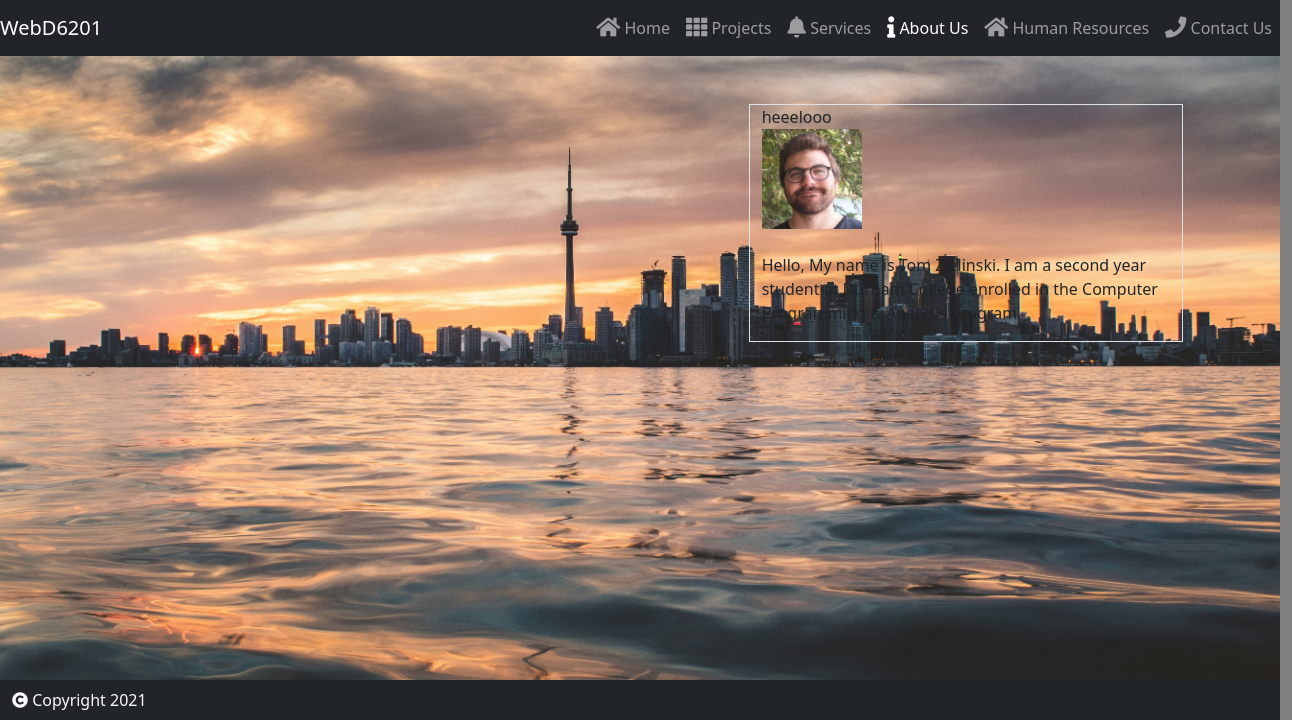
Repository: Tomelinski/Webd6201-Lab02
Page: about.html
An editor plug-in stored every save of this project. The page is shown before and after the next save, followed by the edit.
The browser window is 1280 px wide. The page is 1292 px wide, so the pictures cover 1292 px, including what lies to the right of the window. The pictures show the whole page.

Above is the page before, as saved 2021-02-05 17:34:42.

After the next save:
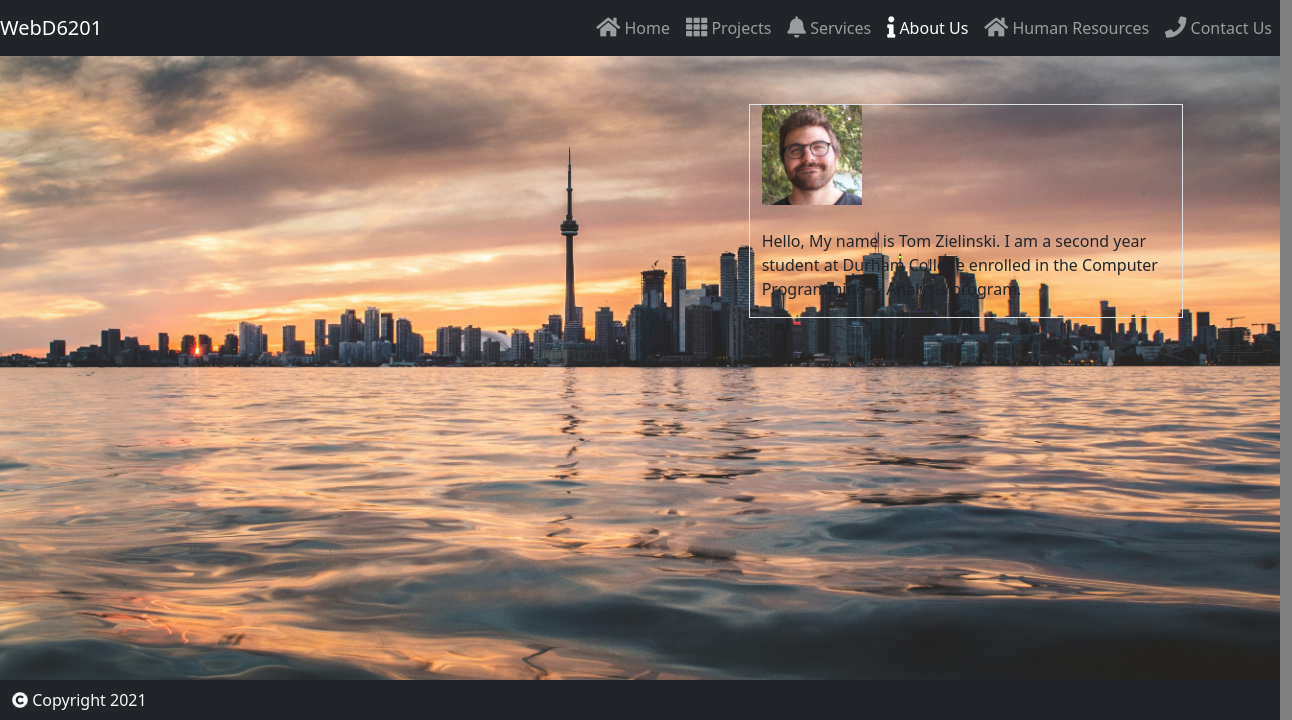
Saved 18 s later.
--- a/about.html
+++ b/about.html
@@ -58,12 +58,12 @@
           <div id="about-calvin" class="col-4 mt-5">
 
           </div>
+
           <div id="about-tom" class="col-4 mt-5 border">
             <div class="pull-left" id="about-tom-pic">
             </div>
 
             <div class="pull-left" id="about-tom-content">
-              heeelooo
             </div>
 
           </div>
